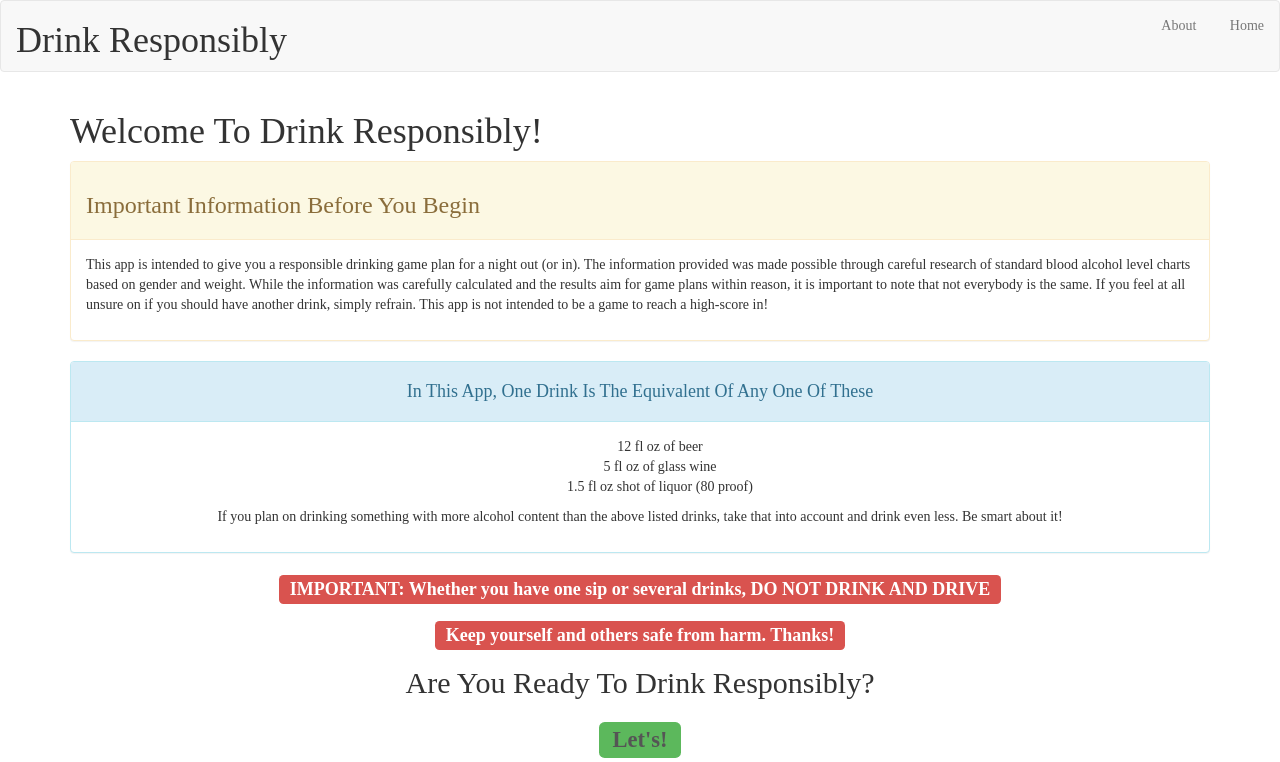
Repository: NatNat180/DrinkResponsibly
Page: http://localhost/DrinkResponsibly/
An editor plug-in stored every save of this project. The page is shown before and after the next save, followed by the edit.
The browser window is 1280 px wide. The pictures show the whole page.
Some web fonts or font styles are not loaded; a fallback is used. The page is served by Tomcat 9.

Above is the page before, as saved 2016-04-07 20:29:53.

After the next save:
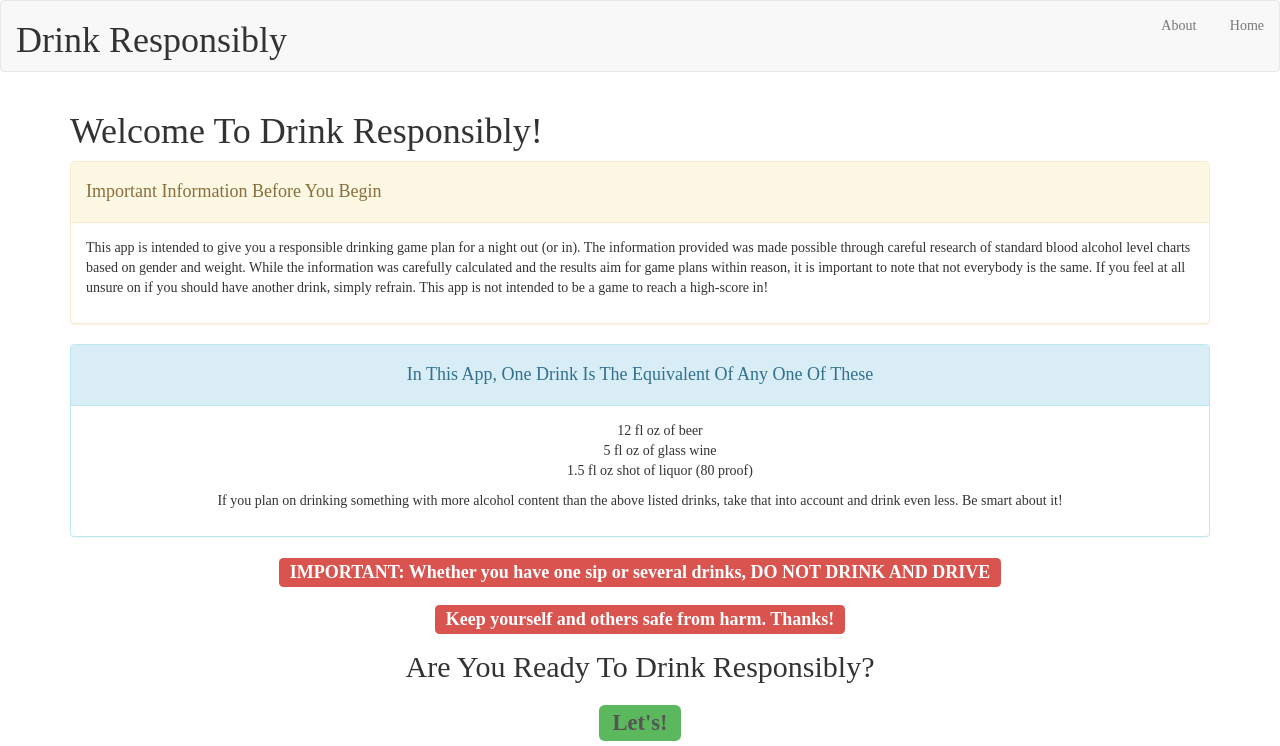
Saved 21 s later.
--- a/DrinkResponsibly/WebContent/WEB-INF/about.jsp
+++ b/DrinkResponsibly/WebContent/WEB-INF/about.jsp
@@ -17,7 +17,7 @@
 
 <div class="panel panel-warning">
 <div class="panel-heading">
-<h3>Important Information Before You Begin</h3>
+<h4>Important Information Before You Begin</h4>
 </div>
 <div class="panel-body">
 	<p>This app is intended to give you a responsible drinking game plan for a night out
